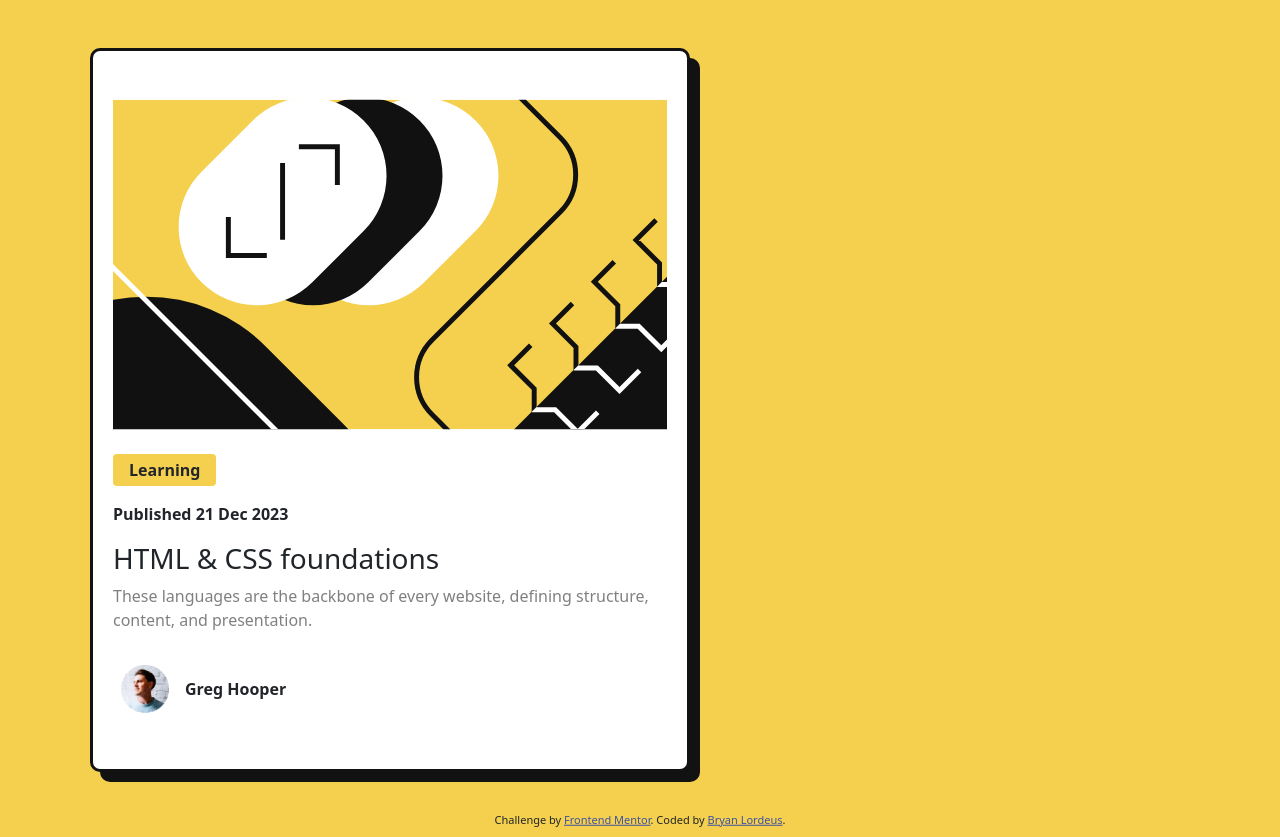
Repository: blordeus/blog-preview-card
Page: index.html
The author's editor kept a copy of each file at every save. The page is drawn from the files as they stood at one save, then again after the next save.
The browser window is 1280 px wide. The pictures show the whole page.
The style sheet was rebuilt from its Sass, Less or Tailwind sources for each picture, by a compiler version that may differ from the author's.

Above is the page before, as saved 2024-02-10 10:53:10.

### index.html
<!DOCTYPE html>
<html lang="en">
<head>
  <meta charset="UTF-8">
  <meta name="viewport" content="width=device-width, initial-scale=1.0"> <!-- displays site properly based on user's device -->

  <link rel="icon" type="image/png" sizes="32x32" href="./assets/images/favicon-32x32.png">
  <link rel="stylesheet" href="style.css">
  <link href="https://cdn.jsdelivr.net/npm/bootstrap@5.1.3/dist/css/bootstrap.min.css" rel="stylesheet" integrity="sha384-1BmE4kWBq78iYhFldvKuhfTAU6auU8tT94WrHftjDbrCEXSU1oBoqyl2QvZ6jIW3" crossorigin="anonymous">
  <title>Frontend Mentor | Blog preview card</title>

</head>
<body class="yellow-bg container">
<main class=" white-bg black-shadow row py-4 px-2 mx-2 my-5 py-md-5 grid grid-rows-4 justify-items-center align-content-start">
    <img class="img-header" src="assets\images\illustration-article.svg" alt="header image">
    <div class="mt-4">
      <p class="yellow-bg d-inline-block px-3 py-1 rounded fw-bold">Learning</p>
    </div>

    <p class="fw-bold">Published 21 Dec 2023</p>

    <h1 class="h3">HTML & CSS foundations</h1>

    <p class="grey-text">These languages are the backbone of every website, defining structure, content, and presentation.</p>

    <div class="d-flex gap-2 pt-2 align-items-center">
      <img class="greg" src="assets\images\image-avatar.webp" alt="author image">
      <p class="mt-3 fw-bold">Greg Hooper</p>
    </div>

</main>
<div class="attribution d-none d-sm-block translate-middle-y">
    Challenge by <a href="https://www.frontendmentor.io?ref=challenge" target="_blank">Frontend Mentor</a>.
    Coded by <a href="www.bryanlordeus.com">Bryan Lordeus</a>.
  </div>
</body>
</html>

### style.scss
@font-face {
    font-family: Figtree;
    src: url(./assets/fonts/Figtree-VariableFont_wght.ttf);
}

@font-face {
    font-family: Figtree-Italic;
    src: url(./assets/fonts/Figtree-Italic-VariableFont_wght.ttf) format("truetype");
    font-style: italic;
}

// Primary

$Yellow: hsl(47, 88%, 63%);

// Neutral

$White: hsl(0, 0%, 100%);
$Grey: hsl(0, 0%, 50%);
$Black: hsl(0, 0%, 7%);

body {
    font-family: Figtree;
}

main{
    border-radius: 10px;
}

.rounded-edges {
    border-radius: 5%;
}

p {
    font-size: 16px;
}


.yellow-bg {
    background-color: $Yellow;

}

.black-bg {
    background-color: $Black;
}

//create a black shadow for the box that offsets to the right and bottom

.black-shadow {
    box-shadow: 10px 10px 0px $Black;
    border: 1px solid $Black;
}

.grey-text {
    color: $Grey;
}

.white-bg {
    background-color: $White;
}

.black-text {
    color: $Black;
}

.greg {
    scale: 0.75;
}

.attribution { font-size: 11px; text-align: center; }
.attribution a { color: hsl(228, 45%, 44%); }

//media query for desktop

@media (min-width: 768px) {
    .black-shadow {
        box-shadow: 10px 10px 0px $Black;
        border: 3px solid $Black;
    }

    .img-header {
        max-width: 100%;
    }

    //reduce main box size and center it to screen

    main {
        max-width: 600px;
        margin: auto;
    }

}

After the next save:
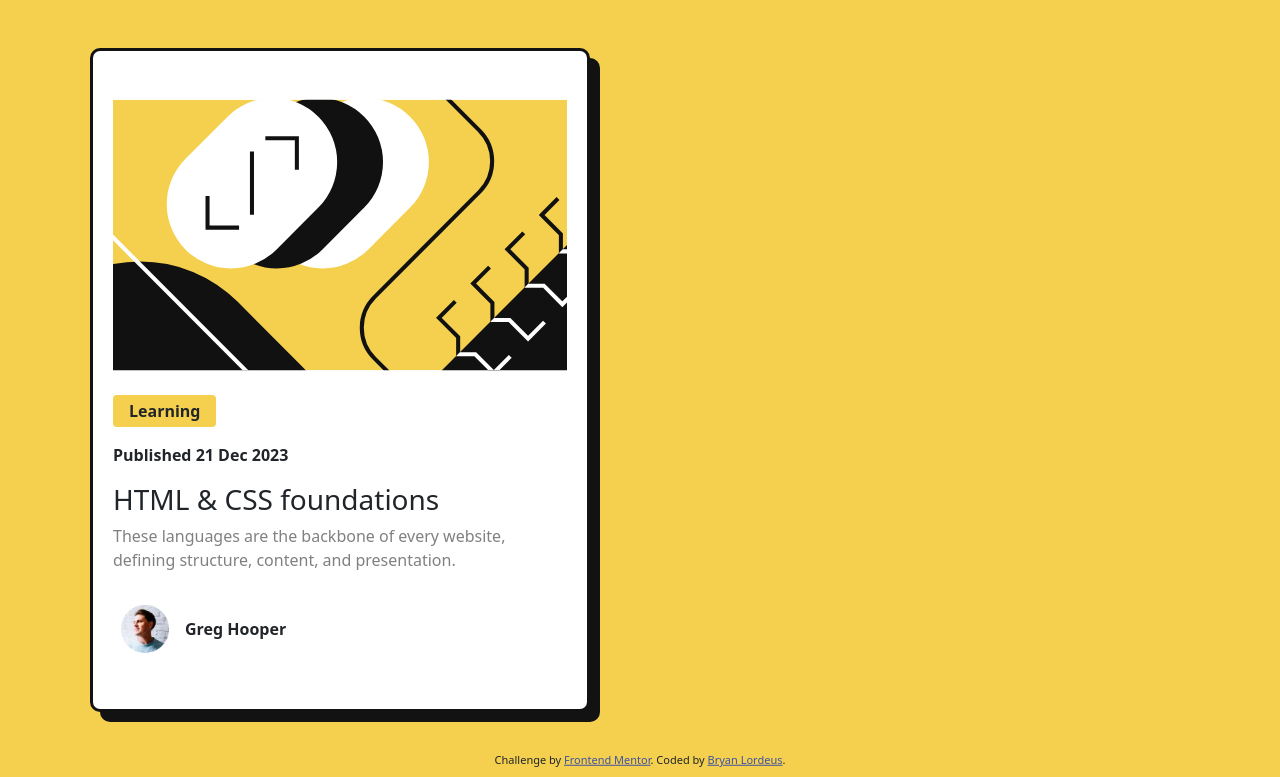
Saved 4 s later.
--- a/style.scss
+++ b/style.scss
@@ -86,7 +86,7 @@ p {
     //reduce main box size and center it to screen
 
     main {
-        max-width: 600px;
+        max-width: 500px;
         margin: auto;
     }
 
